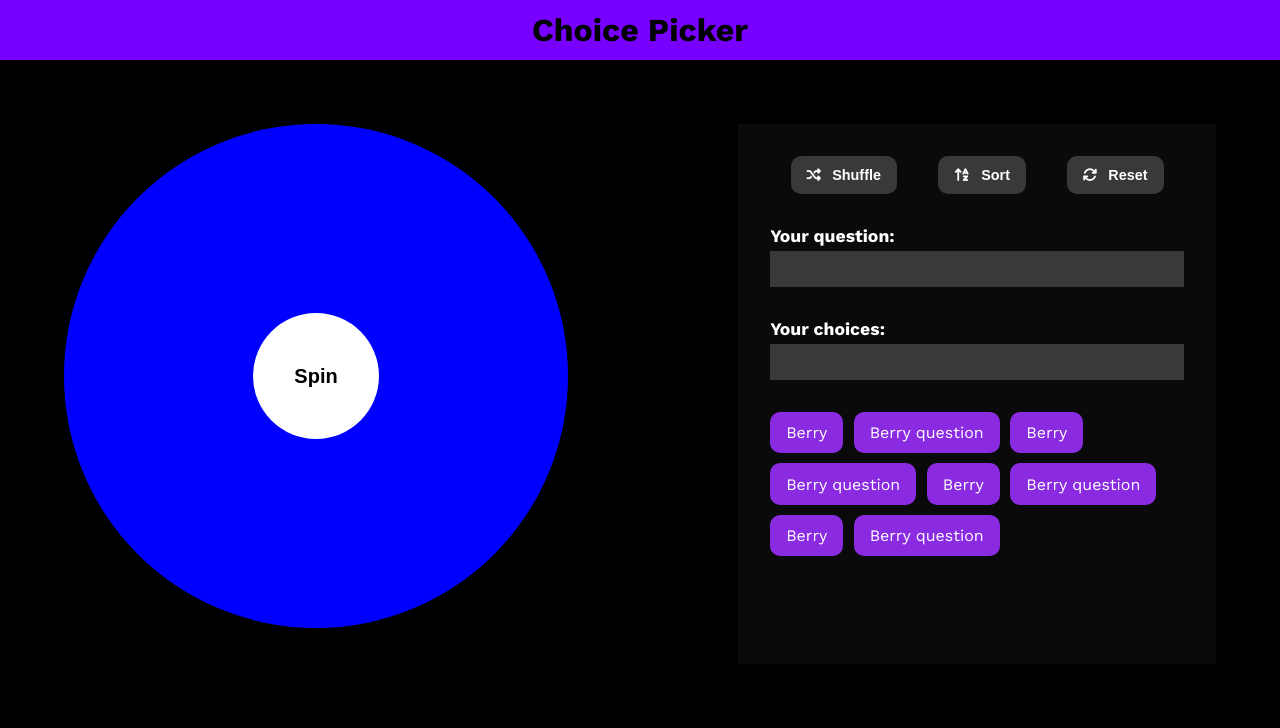
Repository: emiliaiwu/choice_wheel_spinner
Page: index.html
The author's editor kept a copy of each file at every save. The page is drawn from the files as they stood at one save, then again after a run of saves.
The browser window is 1280 px wide. The pictures show the whole page.
Some web libraries are served in a nearby version.

Above is the page before, as saved 2023-01-10 00:53:47.

After the next 2 saves:
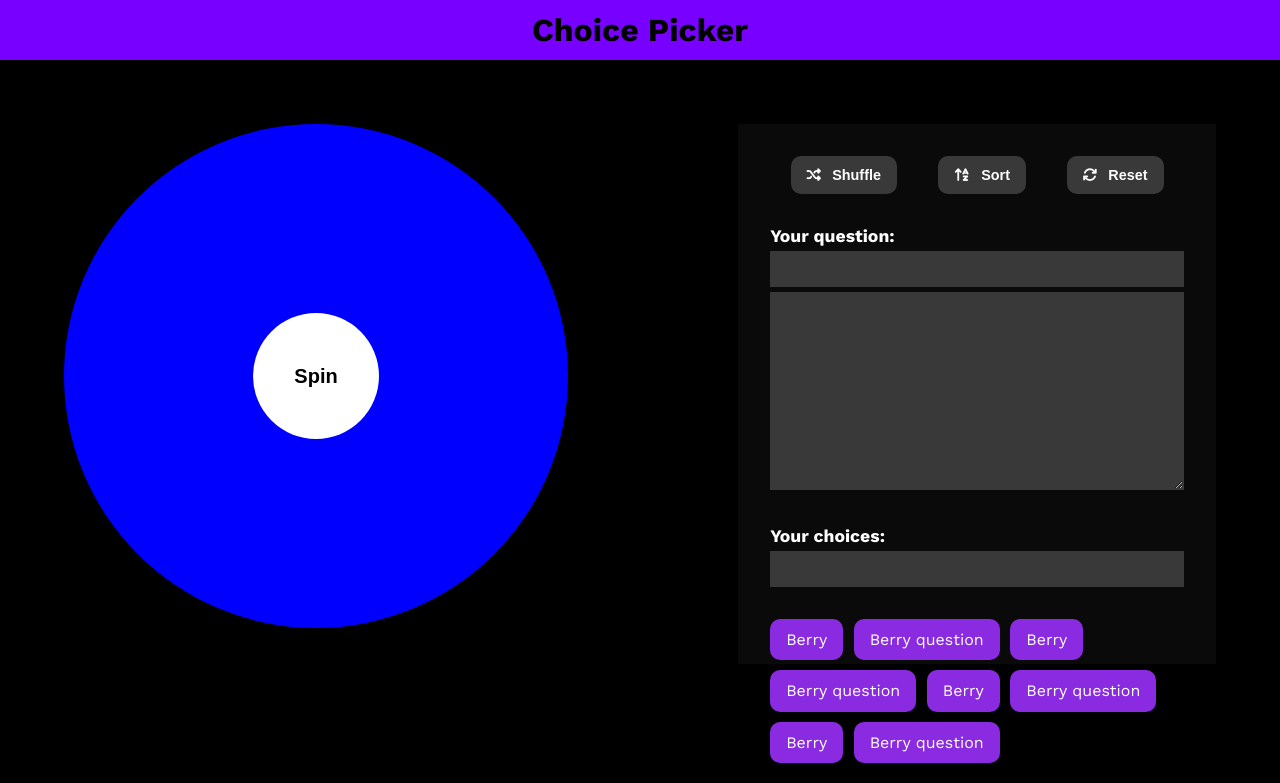
The 2 saves are shown as one change because they came seconds apart.
The last was saved 18 s later.
--- a/index.html
+++ b/index.html
@@ -30,6 +30,7 @@
                 <div class="question">
                     <label class="label" for="question">Your question:</label>
                     <input type="text" name="question" id="question">
+                    <textarea name="" id="" cols="30" rows="10"></textarea>
                 </div>
                 <div class="make_choices">
                     <label for="choices">Your choices:</label>
